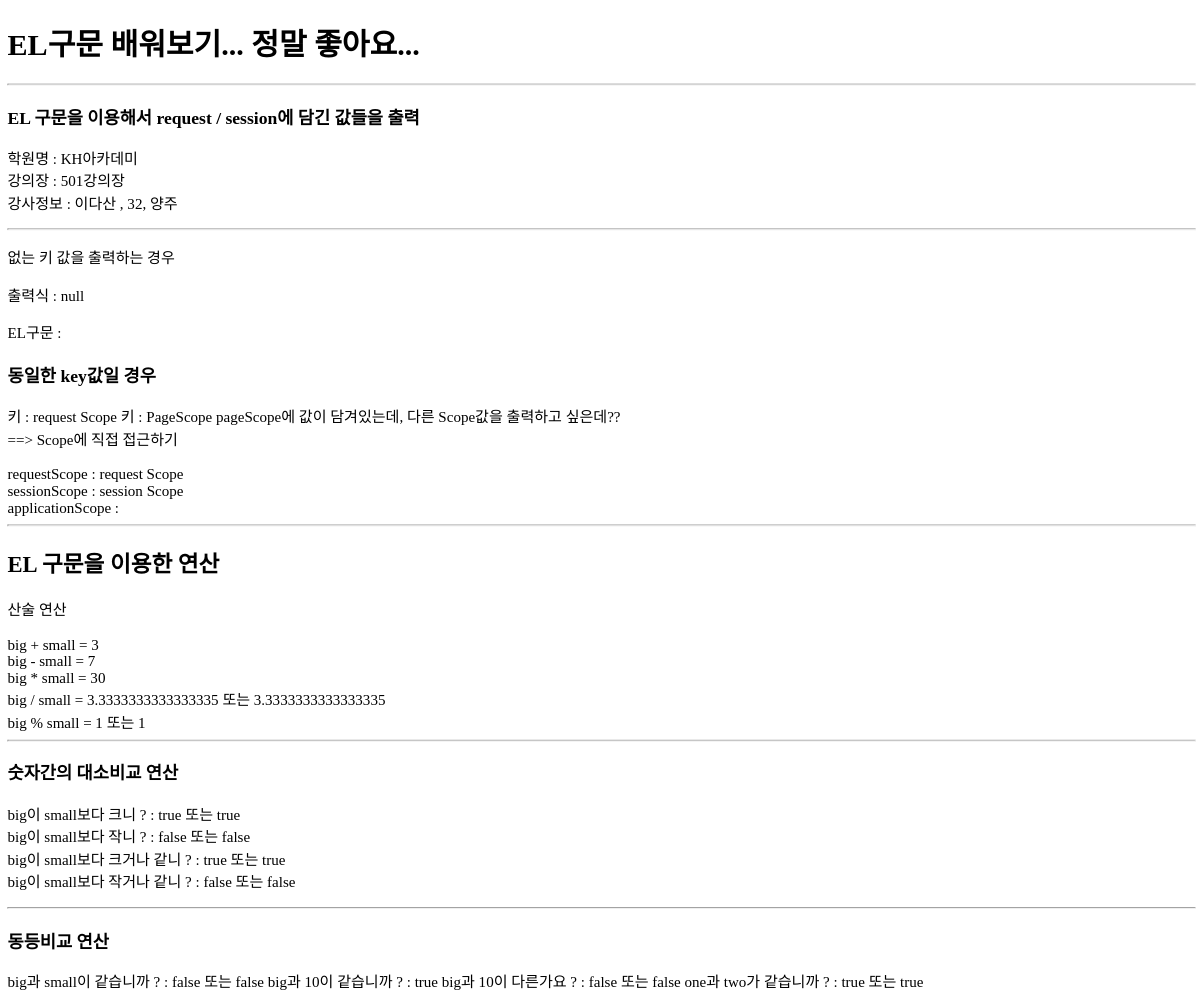
Repository: ham-zi/front-practice
Page: http://localhost/ActionProject/el.do
An editor plug-in stored every save of this project. The page is shown before and after the next save, followed by the edit.
The browser window is 1280 px wide. The pictures show the whole page, at 94% of full size.
The page is served by Tomcat 9.

Above is the page before, as saved 2026-05-06 06:39:39.

After the next save:
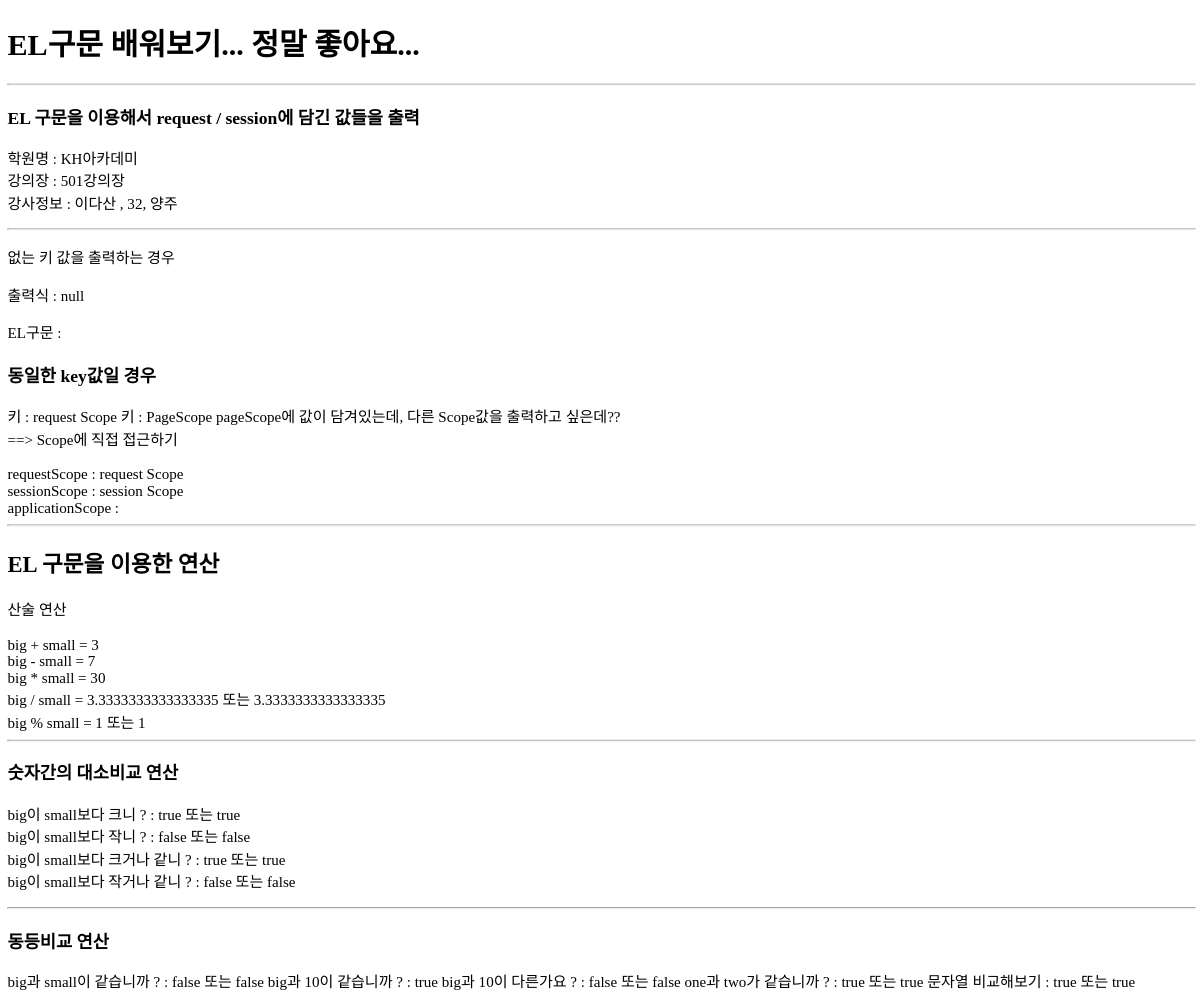
Saved 41 s later.
--- a/dynamic-workspace/ActionProject/src/main/webapp/WEB-INF/views/01_el.jsp
+++ b/dynamic-workspace/ActionProject/src/main/webapp/WEB-INF/views/01_el.jsp
@@ -145,6 +145,7 @@
 	 	<!-- eq/ne을 쓰는것을 권장한다. -->
 
 	 	one과 two가 같습니까 ? : ${ strOne == strTwo } 또는 ${ strOne eq strTwo }
+	 	문자열 비교해보기 :       ${ strOne eq '안녕' } 또는  ${ strOne eq "안녕" }
 	 	<!-- EL구문에서 문자열 == 비교는 equals()와 같은 동작을 함 -->
 	 </p>
 
